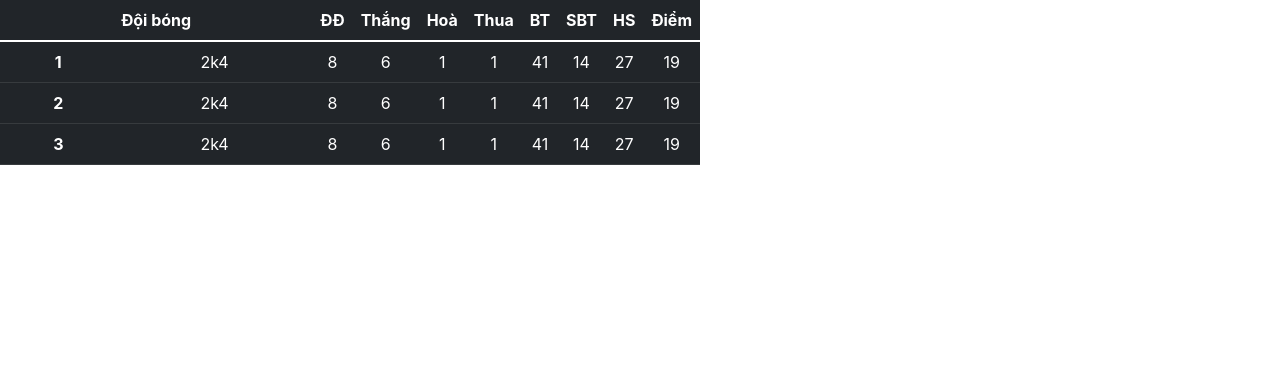
Repository: tuan842001/thulam
Page: /
The author's editor kept a copy of each file at every save. The page is drawn from the files as they stood at one save, then again after the next save.
The browser window is 1280 px wide. The pictures show the whole page.
The project was rebuilt for these pictures with package versions that can differ from the ones it lists, and the page was loaded fresh each time.

Above is the page before, as saved 2022-01-11 15:12:48.

After the next save:
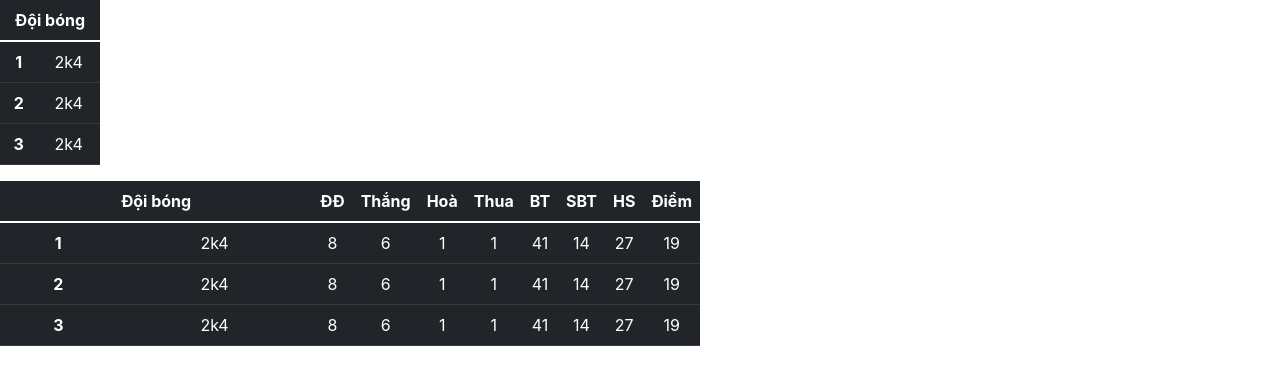
Saved 21 s later.
--- a/src/App.js
+++ b/src/App.js
@@ -1,8 +1,10 @@
 import "./App.css";
+import { Table } from "./components/table/Table";
 
 function App() {
   return (
     <div className="App">
+      <Table />
       <table
         className="table table-dark table-hover"
         style={{ width: "700px" }}
